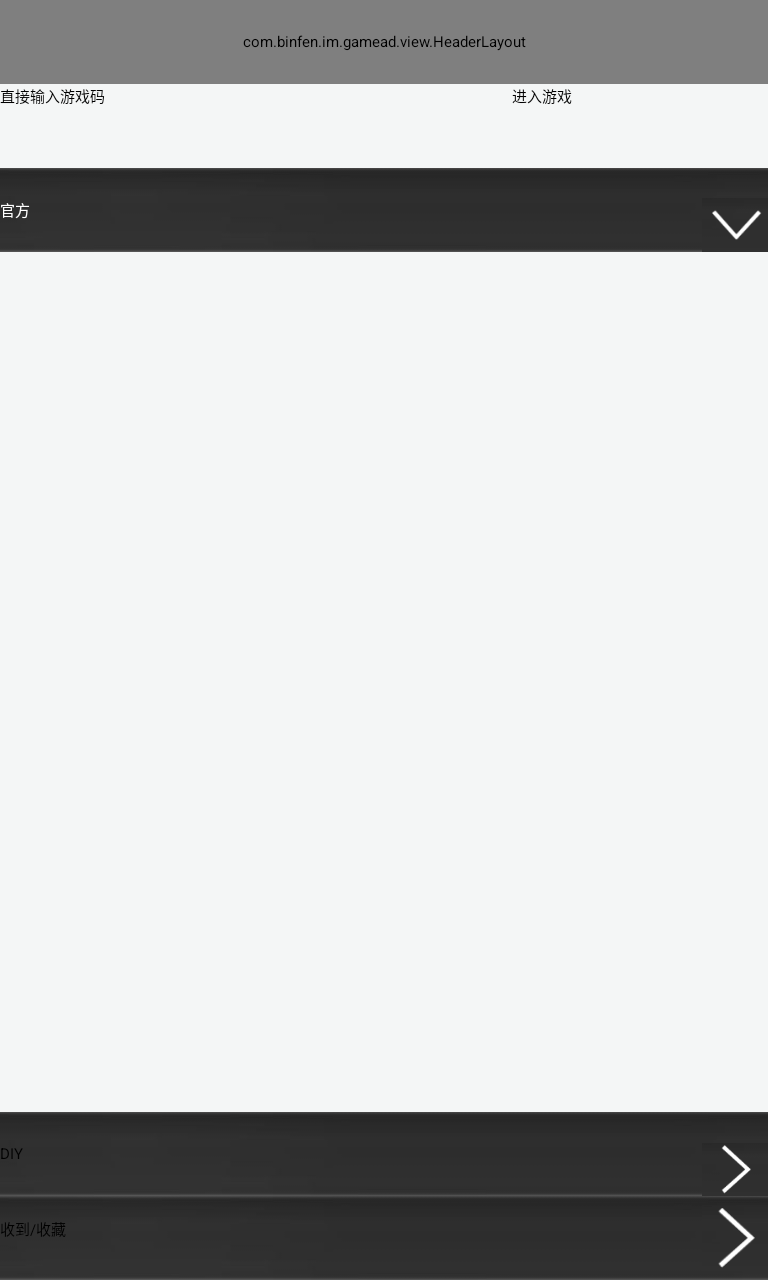
Repository: hosle/gad2
Layout: gamead_IM2/res/layout/xxh_gamelayout1.xml
An editor plug-in stored every save of this project. The layout is shown before and after a run of saves, followed by the edit.
Pictures or frames that could not be fetched are drawn as grey boxes. It is drawn on a 768 x 1280 px phone screen (xhdpi) without system bars, with theme AppTheme; the app's code is not run. Lists and similar views that code fills are empty.

Above is the layout before, as saved 2015-07-10 10:31:59.

After the next 2 saves:
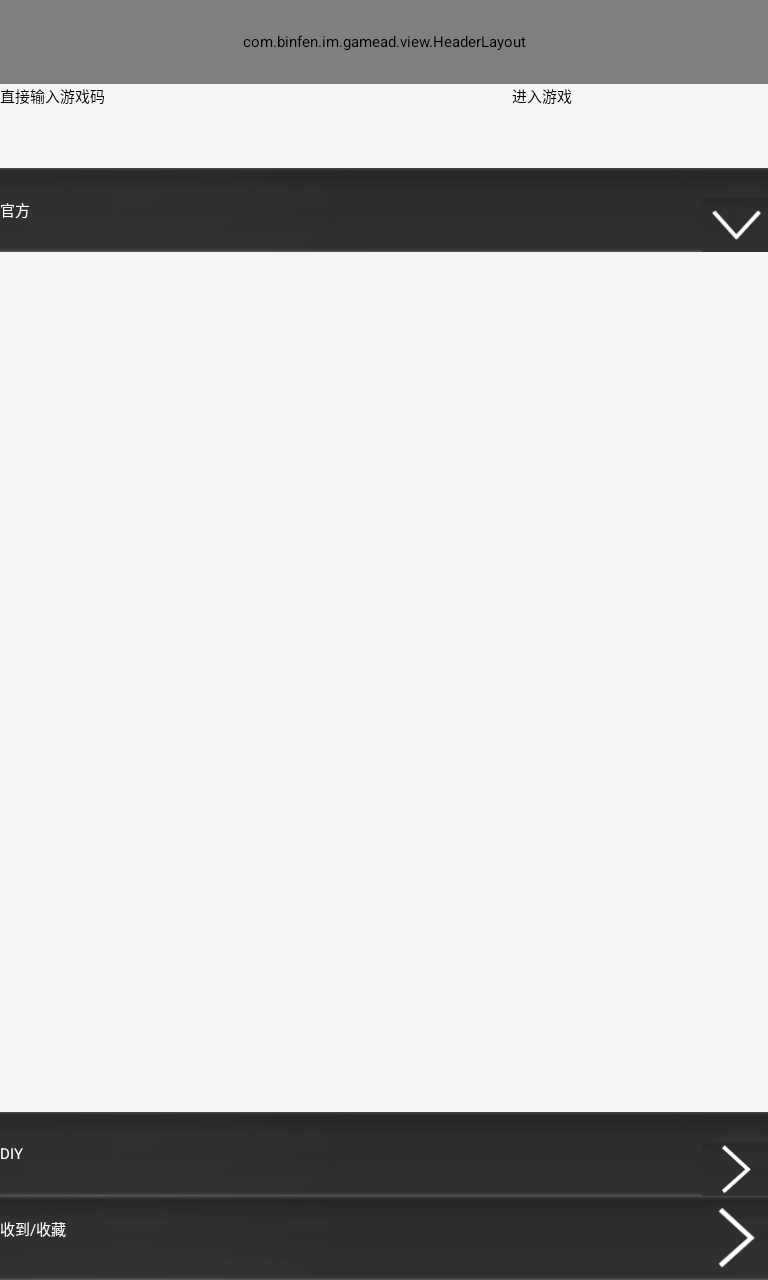
The 2 saves are shown as one change because they came seconds apart.
The last was saved 15 s later.
--- a/gamead_IM2/res/layout/xxh_gamelayout1.xml
+++ b/gamead_IM2/res/layout/xxh_gamelayout1.xml
@@ -116,6 +116,7 @@
                android:layout_alignParentLeft="true"
                android:layout_centerVertical="true"
                android:text="DIY"
+               android:textColor="@android:color/white"
                android:textAppearance="?android:attr/textAppearanceLarge" />
 
            <ImageButton
@@ -141,6 +142,7 @@
                android:layout_alignParentLeft="true"
                android:layout_centerVertical="true"
                android:text="收到/收藏"
+               android:textColor="@android:color/white"
                android:textAppearance="?android:attr/textAppearanceLarge" />
 
            <ImageButton
